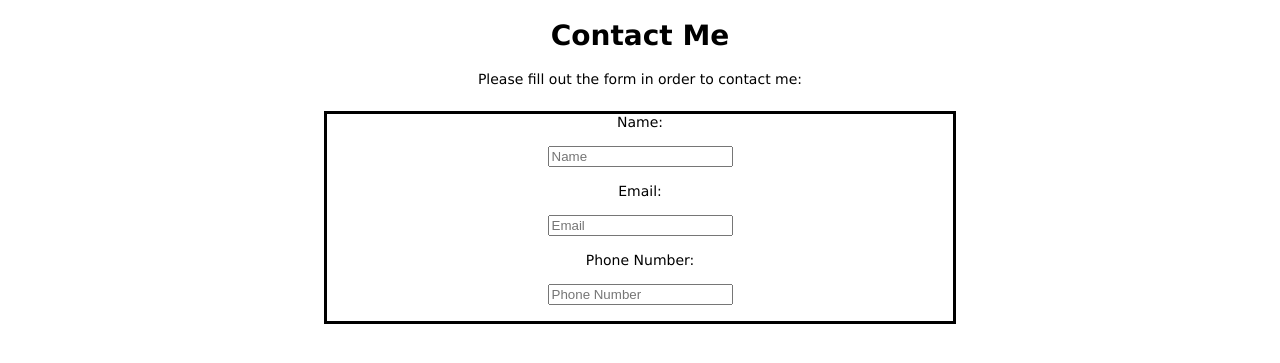
Repository: JanakanS95/COMP-229-Assignment-1
Page: http://localhost/contact
An editor plug-in stored every save of this project. The page is shown before and after the next save, followed by the edit.
The browser window is 1280 px wide. The pictures show the whole page.
The page is served by the project's Node server (app.js).

Above is the page before, as saved 2021-06-04 06:46:33.

After the next save:
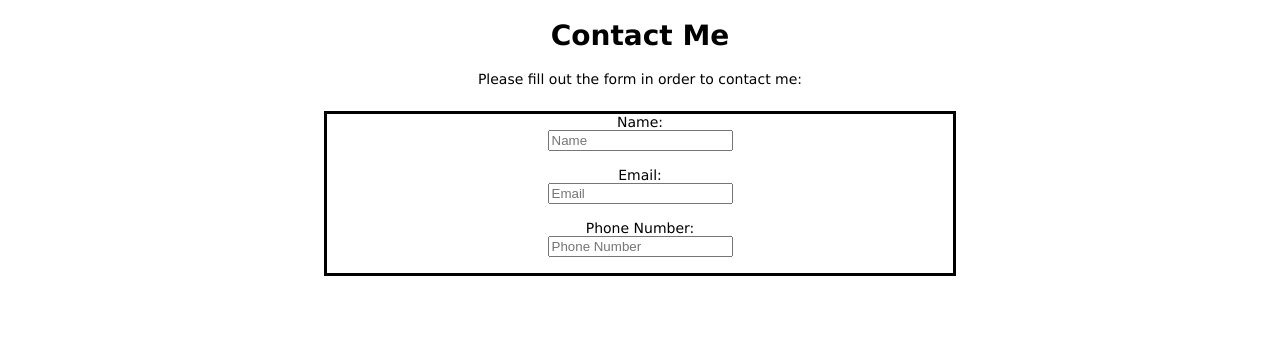
Saved 27 s later.
--- a/views/contact.ejs
+++ b/views/contact.ejs
@@ -13,15 +13,15 @@
     <div class = 'container'>
         <form>
             <label>Name:</label>
-            <br>
+
             <input id='name' placeholder='Name' type='text'>
             <br>
             <label>Email:</label>
-            <br>
+
             <input id='email' placeholder='Email' type='email'>
             <br>
             <label>Phone Number:</label>
-            <br>
+
             <input id='phone' placeholder='Phone Number' type='tel'>
             <br>
         </form>

After the save that followed:
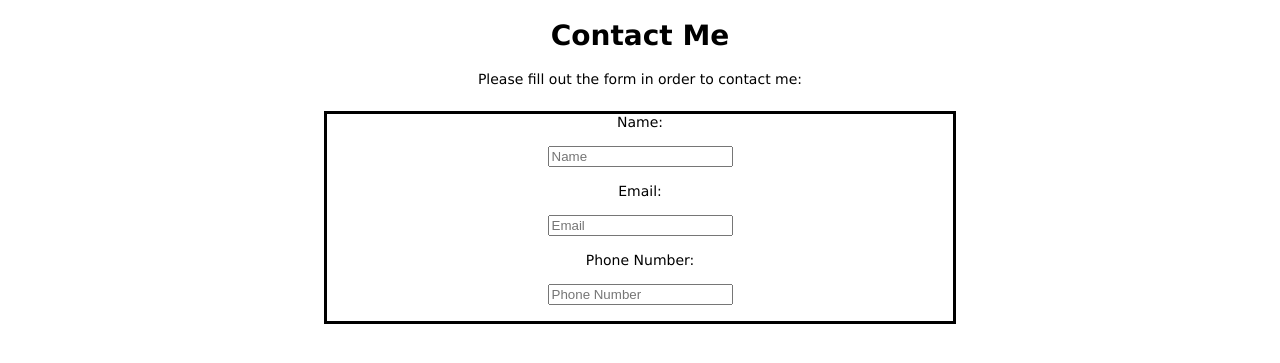
Saved 23 s later.
--- a/views/contact.ejs
+++ b/views/contact.ejs
@@ -13,15 +13,15 @@
     <div class = 'container'>
         <form>
             <label>Name:</label>
-
+            <br>
             <input id='name' placeholder='Name' type='text'>
             <br>
             <label>Email:</label>
-
+            <br>
             <input id='email' placeholder='Email' type='email'>
             <br>
             <label>Phone Number:</label>
-
+            <br>
             <input id='phone' placeholder='Phone Number' type='tel'>
             <br>
         </form>
